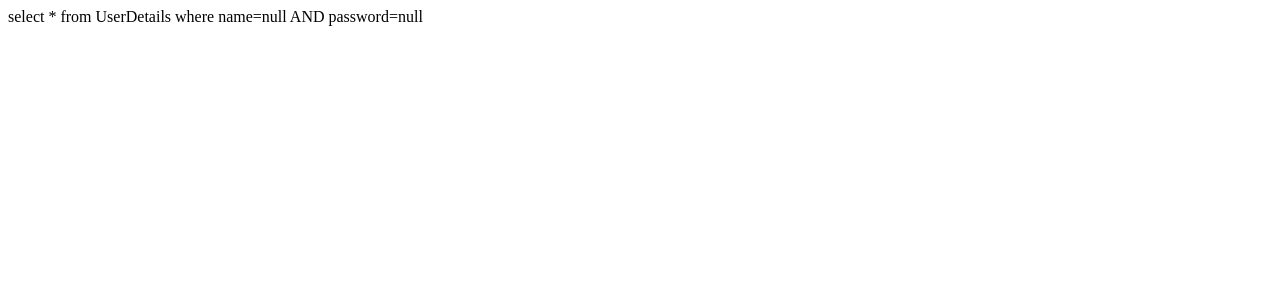
Repository: nikhilbad7/jsp-practicals
Page: http://localhost/classwork/Exp11login.jsp
The author's editor kept a copy of each file at every save. The page is drawn from the files as they stood at one save, then again after the next save.
The browser window is 1280 px wide. The pictures show the whole page.
The page is served by Tomcat 9. The database holds what the project's SQL file puts in it.

Above is the page before, as saved 2018-04-10 21:20:32.

### classwork/WebContent/Exp11login.jsp
<!DOCTYPE HTML PUBLIC "-//W3C//DTD HTML 4.01 Transitional//EN"
"http://www.w3.org/TR/html4/loose.dtd">
<%@ page import="java.sql.*" %>
<%@ page import="java.io.*" %>
<html>
<head>
<title>Validating Users</title>
</head>
<body>
<%
try {
/* Create string of connection url within specified format with machine name,
port number and database name. Here machine name id localhost and database name
is usermaster. */
//String connectionURL = "jdbc:mysql://localhost:3306/usermaster";
// declare a connection by using Connection interface
//Connection connection = null;
// Load JBBC driver "com.mysql.jdbc.Driver".
Class.forName("com.mysql.jdbc.Driver");
/* Create a connection by using getConnection() method that takes parameters of
string type connection url, user name and password to connect to database. */
Connection con=(Connection) DriverManager.getConnection("jdbc:mysql://localhost:3306/userservlet","root","");
// check weather connection is established or not by isClosed() method
Statement stmt=(Statement) con.createStatement();
String namenew="",passwordnew="";
String name=request.getParameter("name");
String password=request.getParameter("pass");
String q = "select * from UserDetails where name="+name+" AND password="+password;
out.println(q);
//String namenew="",passwordnew="";
ResultSet rs=(ResultSet) stmt.executeQuery(q);
stmt = (Statement) con.createStatement();
rs= (ResultSet) stmt.executeQuery(q);
while(rs.next()){
	  namenew = rs.getString("name");
	 out.println(namenew);
	   passwordnew = rs.getString("password");
	 out.println(passwordnew);
}


if((namenew.equals(request.getParameter("name")))&&(passwordnew.equals(request.getParameter("pass")))){
	%>
	window.location("exp11home.html");
	%<
}
else{
	%>
	<script>

	alert("Please insert valid email and password");
	window.location("exp11login.html");
	</script>
	<%
}
con.close();
}
catch(Exception ex){
ex.printStackTrace();
}
%>

</body>
</html>

### classwork/database/userservlet.sql (the tables this page reads)
CREATE TABLE `userdetails` (
  `name` varchar(255) NOT NULL,
  `password` varchar(255) NOT NULL,
  `email` varchar(500) NOT NULL,
  `phone` varchar(50) NOT NULL
) ENGINE=InnoDB DEFAULT CHARSET=latin1;

INSERT INTO `userdetails` (`name`, `password`, `email`, `phone`) VALUES
('nikhil', 'ckhfkj', 'nikhil.badani@gmail.com', '9871293190'),
('Nitesh', '1234', 'nitesh@gmail.com', '198409100'),
('Rahul', 'rk9992', 'rahul.yo@gmail.com', '9091813893');

After the next save:
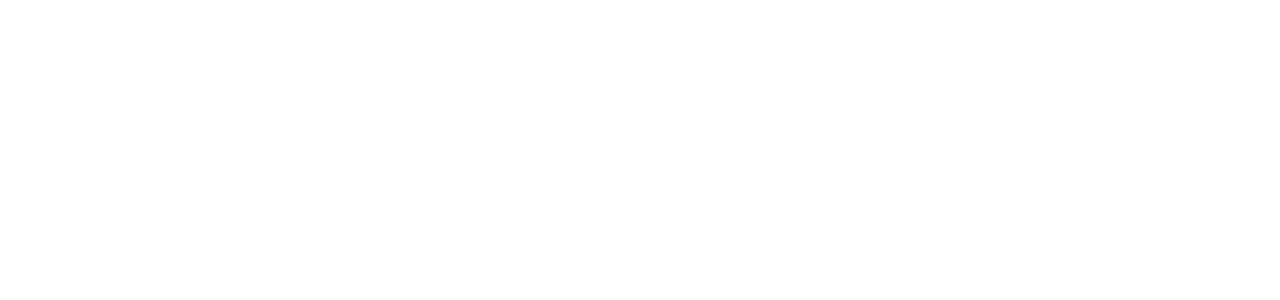
Saved 57 s later.
--- a/classwork/WebContent/Exp11login.jsp
+++ b/classwork/WebContent/Exp11login.jsp
@@ -26,7 +26,7 @@
 String name=request.getParameter("name");
 String password=request.getParameter("pass");
 String q = "select * from UserDetails where name="+name+" AND password="+password;
-out.println(q);
+//out.println(q);
 //String namenew="",passwordnew="";
 ResultSet rs=(ResultSet) stmt.executeQuery(q);
 stmt = (Statement) con.createStatement();

After the 5 saves that followed:
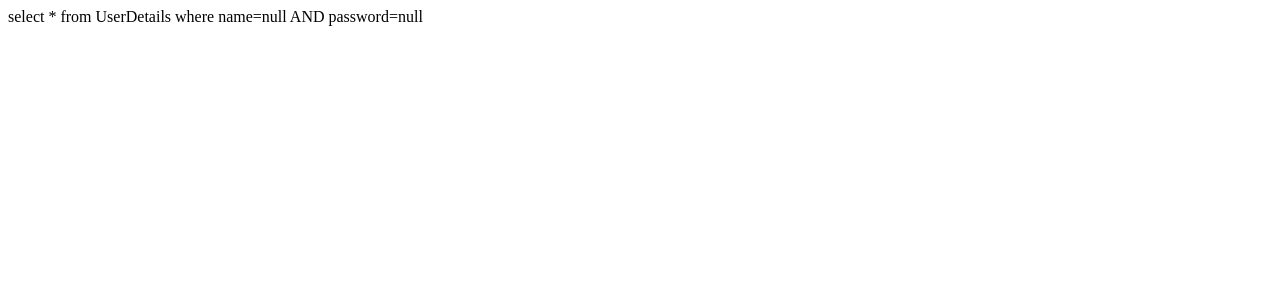
The 5 saves are shown as one change because 1 did not build or start and 3 left the picture as it was.
The last was saved 5 min 25 s later.
--- a/classwork/WebContent/Exp11login.jsp
+++ b/classwork/WebContent/Exp11login.jsp
@@ -26,18 +26,20 @@
 String name=request.getParameter("name");
 String password=request.getParameter("pass");
 String q = "select * from UserDetails where name="+name+" AND password="+password;
-//out.println(q);
+out.println(q);
 //String namenew="",passwordnew="";
-ResultSet rs=(ResultSet) stmt.executeQuery(q);
-stmt = (Statement) con.createStatement();
-rs= (ResultSet) stmt.executeQuery(q);
+ResultSet rs=stmt.executeQuery(q);
+stmt = con.createStatement();
+rs= stmt.executeQuery(q);
+
 while(rs.next()){
 	  namenew = rs.getString("name");
-	 out.println(namenew);
+
 	   passwordnew = rs.getString("password");
-	 out.println(passwordnew);
+
 }
-
+out.println(namenew);
+out.println(passwordnew);
 
 if((namenew.equals(request.getParameter("name")))&&(passwordnew.equals(request.getParameter("pass")))){
 	%>
